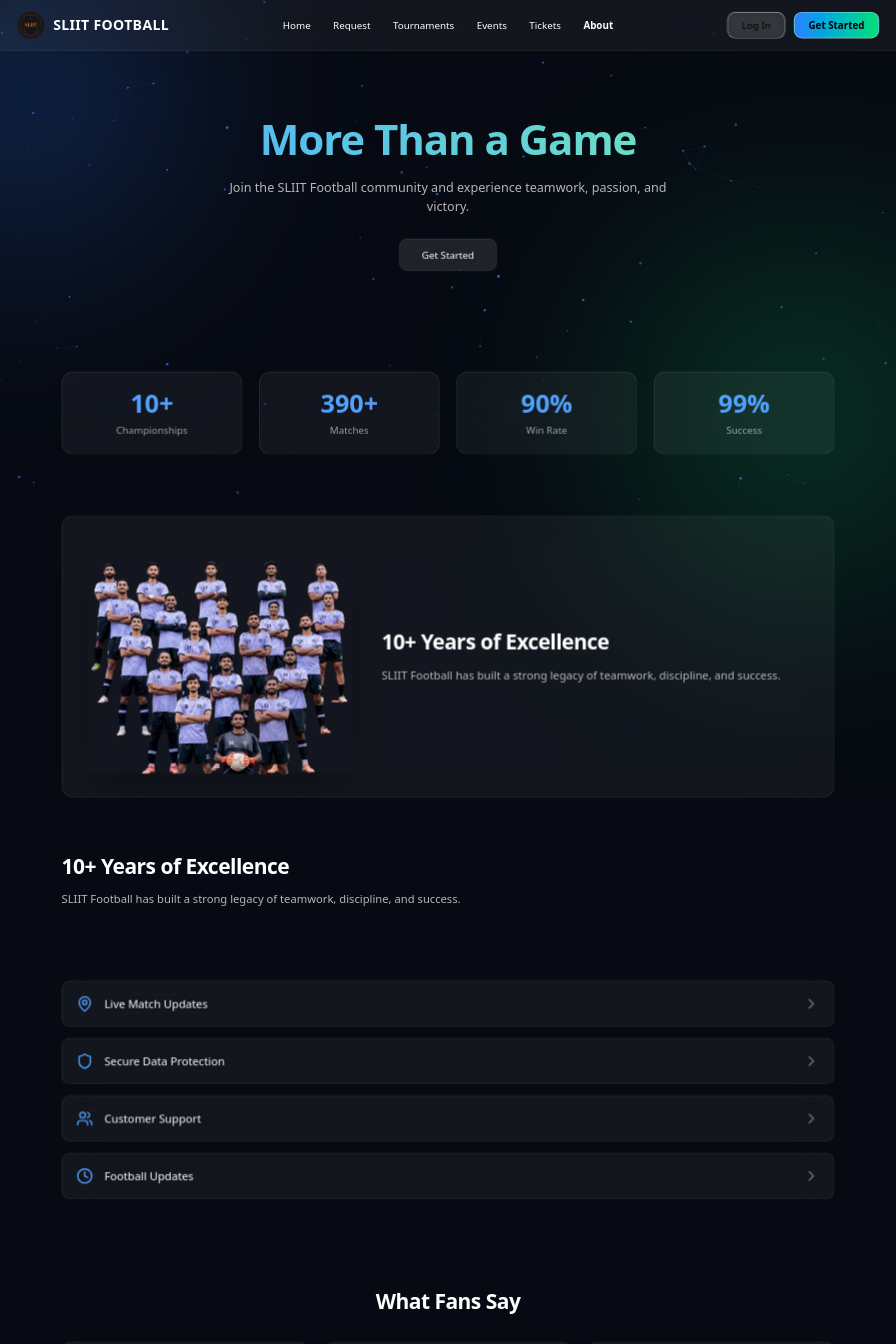
Repository: azeez6789/springboot-footbal-web
Page: /home (app in client/)
These files come from the project's save history. The page is drawn as it stood at one moment and after the next save; the edit follows.
The browser window is 1280 px wide. The pictures show the part of the page from y = 0 to 1920 px (the page is 2943 px tall before and 3279 px after), at 70% of full size.
The project was rebuilt for these pictures with package versions that can differ from the ones it lists, and the page was loaded fresh each time. Also part of the build but not shown: client/vite.config.js, client/src/common/services/userService.js, client/src/common/component/login.jsx, client/src/common/component/register.jsx, client/src/common/component/About.jsx, client/src/common/pages/event.jsx, client/src/common/pages/ticket.jsx, client/src/common/pages/playerForm.jsx and 19 more.

Above is the page before, as saved 2026-09-30 13:31:26.

### client/index.html
<!doctype html>
<html lang="en">
  <head>
    <meta charset="UTF-8" />
    <link rel="icon" type="image/svg+xml" href="/favicon.svg" />
    <meta name="viewport" content="width=device-width, initial-scale=1.0" />
    <title>SLIIT FOOTBALL  </title>
  </head>
  <body>
    <div id="root"></div>
    <script type="module" src="/src/main.jsx"></script>
  </body>
</html>

### client/src/main.jsx
import { StrictMode } from 'react'
import { createRoot } from 'react-dom/client'
import './index.css'
import App from './App.jsx'

createRoot(document.getElementById('root')).render(
  <StrictMode>
    <App />
  </StrictMode>
)

### client/src/App.jsx
import { BrowserRouter as Router, Routes, Route } from "react-router-dom";
import allRoutes from "./routes";
import { ToastContainer } from "react-toastify";
import "react-toastify/dist/ReactToastify.css";
import CRoutes from "./routes/commonroutes.jsx";


function App() {
  return (

    <Router>
      <Routes>
        {allRoutes.map((route, index) => (
          <Route key={index} path={route.path} element={route.element} />
        ))}
      </Routes>

      <ToastContainer
        position="top-right"
        autoClose={3000}
        hideProgressBar={false}
        newestOnTop={false}
        closeOnClick
        rtl={false}
        pauseOnFocusLoss
        draggable
        pauseOnHover
        theme="dark"
      />

    </Router>
  );
}

export default App;

### client/src/routes/index.jsx
import CRoutes from './commonroutes'
import fun01Routes from './function_01'

const allRoutes = [
    ...CRoutes,
    ...fun01Routes
]


export default allRoutes;

### client/src/routes/commonroutes.jsx
import Homepage from "../common/pages/home";
import Login  from "../common/component/login";
import Register from "../common/component/register";
import About from "../common/component/About";
import EventPage from "../common/pages/event";
import TicketPage from "../common/pages/ticket";
import PlayerForm from "../common/pages/playerForm";

const commonroutes = [
    {path: "/home", element: <Homepage /> },
    {path: "/component/login" ,  element: <Login/>  },
    {path: "/component/register" ,  element: <Register/>  },
    {path: "/component/about" ,  element: <About/>  },
    {path: "/pages/event" ,  element: <EventPage/>  },
    {path: "/pages/ticket" ,  element: <TicketPage/>  },
    {path: "/pages/playerform" , element: <PlayerForm/>  },

];


export default commonroutes;

### client/src/routes/function_01.jsx
import Regrequest from "../function-01/pages/AdminDashboard/registerrequest";
import AdminDah from "../function-01/pages/AdminDashboard/AdminDashboard";
import PlayerRequest from "../function-01/pages/AdminDashboard/PlayerRequests";
import Tform from "../function-01/component/AdminDashboard/tournamentform";
import TournamentPage from "../function-01/pages/AdminDashboard/tournament";
import Udash from "../function-01/pages/userDashboard/udash"
import Applyform from "../function-01/component/userDashboard/tApplyform";
import UserDash from "../function-01/pages/userDashboard/UserDashboard";
import Medical from "../function-01/pages/userDashboard/medical";
import Tab3 from "../function-01/pages/userDashboard/tab3";
import Tab4  from "../function-01/pages/userDashboard/tab4";
import Tab5 from "../function-01/pages/userDashboard/tab5";
import Faid from "../function-01/pages/AdminDashboard/firstaid";


const function_01 = [

    {path: "/pages/Regrequest" ,  element: <Regrequest/>  },
    {path: "/" ,  element: <AdminDah/>  },
    {path : "/pages/playerRequest" , element : <PlayerRequest/>},
    {path : "/component/tounform" , element : <Tform/>},
    {path: "/pages/tournament" ,  element: <TournamentPage/>  },
    {path: "/pages/udash" ,  element: <Udash/>  },
    {path : "/pages/applyform"  , element : <Applyform/>},
    {path : "/pages/userDash"  , element : <UserDash/>},
    {path : "/pages/medical"  , element : <Medical/>},
    {path : "/pages/tab3"  , element : <Tab3/>},
    {path : "/pages/tab4"  , element : <Tab4/>},
    {path : "/pages/tab5"  , element : <Tab5/>},
    {path : "/pages/firstaid" , element : <Faid/>},



];


export default function_01;

### client/src/common/pages/home.jsx
import { useState, useEffect, useRef } from 'react';
import { Car, MapPin, Clock, Shield, Users, ChevronRight, ChevronDown, Star, Menu, X } from 'lucide-react';
import Logo from '../assets/opt3.png';
import { useNavigate } from 'react-router-dom';

// Interactive Particle Constellation Canvas Component
const StarryBackground = () => {
  const canvasRef = useRef(null);

  useEffect(() => {
    const canvas = canvasRef.current;
    if (!canvas) return;
    const ctx = canvas.getContext("2d");

    let animationFrameId;
    let width = (canvas.width = window.innerWidth);
    let height = (canvas.height = window.innerHeight);

    const handleResize = () => {
      width = canvas.width = window.innerWidth;
      height = canvas.height = window.innerHeight;
    };

    window.addEventListener("resize", handleResize);

    // Dynamic particle density based on screen dimensions
    const particleCount = Math.floor((width * height) / 10000);
    const particles = [];

    for (let i = 0; i < particleCount; i++) {
      particles.push({
        x: Math.random() * width,
        y: Math.random() * height,
        vx: (Math.random() - 0.5) * 0.6,
        vy: (Math.random() - 0.5) * 0.6,
        radius: Math.random() * 1.5 + 0.5,
        alpha: Math.random() * 0.5 + 0.3,
      });
    }

    // Canvas animation loop
    const render = () => {
      ctx.clearRect(0, 0, width, height);

      for (let i = 0; i < particles.length; i++) {
        const p = particles[i];

        // Particle position update
        p.x += p.vx;
        p.y += p.vy;

        // Screen collision/bounce
        if (p.x < 0 || p.x > width) p.vx *= -1;
        if (p.y < 0 || p.y > height) p.vy *= -1;

        // Draw individual star point
        ctx.beginPath();
        ctx.arc(p.x, p.y, p.radius, 0, Math.PI * 2);
        ctx.fillStyle = `rgba(59, 130, 246, ${p.alpha})`; // Cyan/Blue dynamic tint
        ctx.fill();

        // Connect nearby points with glowing lines
        for (let j = i + 1; j < particles.length; j++) {
          const p2 = particles[j];
          const dx = p.x - p2.x;
          const dy = p.y - p2.y;
          const dist = Math.sqrt(dx * dx + dy * dy);
          const maxDist = 110;

          if (dist < maxDist) {
            ctx.beginPath();
            ctx.moveTo(p.x, p.y);
            ctx.lineTo(p2.x, p2.y);
            const lineAlpha = (1 - dist / maxDist) * 0.25;
            ctx.strokeStyle = `rgba(59, 130, 246, ${lineAlpha})`;
            ctx.lineWidth = 0.6;
            ctx.stroke();
          }
        }
      }

      animationFrameId = requestAnimationFrame(render);
    };

    render();

    return () => {
      window.removeEventListener("resize", handleResize);
      cancelAnimationFrame(animationFrameId);
    };
  }, []);

  return (
    <canvas
      ref={canvasRef}
      className="fixed inset-0 pointer-events-none z-0"
    />
  );
};

export default function ParkingLandingPage() {
  const [openFaq, setOpenFaq] = useState(null);
  const [mobileMenuOpen, setMobileMenuOpen] = useState(false);
  const navigate = useNavigate();

  const toggleFaq = (index) => {
    setOpenFaq(openFaq === index ? null : index);
  };

  const faqs = [
    {
      question: "What is SLIIT Football?",
      answer: "SLIIT Football is the official football team and community of the Sri Lanka Institute of Information Technology (SLIIT), dedicated to promoting football excellence, teamwork, and sportsmanship among students."
    },
    {
      question: "How can I join the SLIIT Football Team?",
      answer: "Students can participate in team selections and trials announced by the club. Details regarding registration and trial dates will be published on the website."
    },
    {
      question: "Where can I find upcoming match schedules?",
      answer: "All upcoming fixtures, match dates, venues, and kickoff times are available in the Fixtures section of the website."
    },
    {
      question: "Can I see player profiles and statistics?",
      answer: "Yes. The Players section provides information about team members, including positions, achievements, and season statistics."
    },
    {
      question: "How can I view match results?",
      answer: "Match results and score updates are regularly posted in the Results section after each game."
    },
    {
      question: "Are training sessions conducted regularly?",
      answer: "Yes. Training sessions are conducted throughout the academic year according to the schedule announced by the coaching staff."
    },
    {
      question: "How can I provide feedback about the website or football activities?",
      answer: "You can submit your suggestions, comments, or concerns through the Feedback page available on the website."
    }
  ];

  return (
    <div className="min-h-screen bg-[#070A12] text-white overflow-hidden relative font-sans">

      {/* ===== CONNECTED STARS CANVAS BACKGROUND ===== */}
      <StarryBackground />

      {/* ===== BACKGROUND GLOW ===== */}
      <div className="fixed w-[500px] h-[500px] bg-blue-500/20 blur-[140px] rounded-full top-[-120px] left-[-220px] pointer-events-none z-0" />
      <div className="fixed w-[500px] h-[500px] bg-green-400/20 blur-[160px] rounded-full bottom-[-120px] right-[-120px] pointer-events-none z-0" />

      {/* ===== HEADER (GLASS) ===== */}
      <header className="sticky top-0 z-50 bg-white/5 backdrop-blur-xl border-b border-white/10">
        <div className="max-w-7xl mx-auto px-6">
          <div className="flex justify-between items-center py-4">

            <div className="flex items-center gap-3">
              <img src={Logo} className="w-10 h-10 object-contain" alt="SLIIT Football Logo" />
              <span className="font-bold text-xl tracking-wide">SLIIT FOOTBALL</span>
            </div>

            <nav className="hidden md:flex gap-8 text-white/400 text-sm font-medium">
              <a onClick={() => navigate('/')} className="hover:text-white cursor-pointer transition-colors">Home</a>
              <a onClick={() => navigate('/pages/udash')} className="hover:text-white cursor-pointer transition-colors">Request</a>
              <a onClick={() => navigate('/pages/tournament')} className="hover:text-white cursor-pointer transition-colors">Tournaments</a>
              <a onClick={() => navigate('/pages/event')} className="hover:text-white cursor-pointer transition-colors">Events</a>
              <a onClick={() => navigate('/pages/ticket')} className="hover:text-white cursor-pointer transition-colors">Tickets</a>
              <a onClick={() => navigate('/component/about')} className="hover :text-white-400 font-semibold cursor-pointer">About</a>
            </nav>

            <div className="flex gap-3 text-sm font-medium">
              <button
                onClick={() => navigate('/component/login')}
                className="px-5 py-2 rounded-xl bg-white/10 border border-white/50 backdrop-blur hover:bg-white/20 text-black transition-all"
              >
                Log In
              </button>

              <button
                onClick={() => navigate('/component/register')}
                className="px-5 py-2 rounded-xl bg-gradient-to-r  border border-white/50 from-blue-500 to-green-400 text-black font-semibold hover:opacity-90 transition-all"
              >
                Get Started
              </button>
            </div>

          </div>
        </div>
      </header>

      {/* ===== HERO ===== */}
      <section className="text-center py-24 px-6 relative z-10">
        <h1 className="text-5xl md:text-6xl font-bold bg-gradient-to-r from-blue-400 to-green-300 text-transparent bg-clip-text tracking-tight">
          More Than a Game
        </h1>
        <p className="text-white/70 mt-6 max-w-2xl mx-auto text-base md:text-lg">
          Join the SLIIT Football community and experience teamwork, passion, and victory.
        </p>

        <button
          onClick={() => navigate('/component/register')}
          className="mt-8 px-8 py-3 bg-white/10 border border-white/10 rounded-xl backdrop-blur hover:bg-white/20 transition-all font-medium text-sm"
        >
          Get Started
        </button>
      </section>

      {/* ===== GLASS STATS ===== */}
      <section className="max-w-6xl mx-auto px-6 py-12 grid grid-cols-2 md:grid-cols-4 gap-6 relative z-10">
        {[
          ["10+", "Championships"],
          ["390+", "Matches"],
          ["90%", "Win Rate"],
          ["99%", "Success"],
        ].map(([num, label], i) => (
          <div key={i} className="bg-white/5 backdrop-blur-xl border border-white/10 rounded-2xl p-6 text-center hover:bg-white/[0.08] transition-colors">
            <h3 className="text-3xl md:text-4xl text-blue-400 font-bold">{num}</h3>
            <p className="text-white/60 mt-2 text-sm">{label}</p>
          </div>
        ))}
      </section>

      {/* ===== HERO IMAGE SECTION ===== */}
      <section className="max-w-6xl mx-auto px-6 py-10 relative z-10">
        <div className="bg-white/5 border border-white/10 backdrop-blur-xl rounded-2xl p-8 flex flex-col md:flex-row items-center gap-10">
          <img src="/chat1.png" alt="SLIIT Football Legacy" className="w-full md:w-96 rounded-xl object-cover shadow-2xl" />

          <div>
            <h2 className="text-3xl font-bold mb-4 tracking-tight">10+ Years of Excellence</h2>
            <p className="text-white/70 leading-relaxed">
              SLIIT Football has built a strong legacy of teamwork, discipline, and success.
            </p>
          </div>
        </div>
      </section>

      <section className="max-w-6xl mx-auto px-6 py-10 relative z-10">
         <h2 className="text-3xl font-bold mb-4 tracking-tight">10+ Years of Excellence</h2>
         <p className="text-white/70 leading-relaxed">
              SLIIT Football has built a strong legacy of teamwork, discipline, and success.
            </p>
      </section>

      {/* ===== SERVICES (GLASS STYLE) ===== */}
      <section className="max-w-6xl mx-auto px-6 py-16 space-y-4 relative z-10">
        {[
          ["Live Match Updates", MapPin],
          ["Secure Data Protection", Shield],
          ["Customer Support", Users],
          ["Football Updates", Clock],
        ].map(([title, Icon], i) => (
          <div key={i} className="flex justify-between items-center p-5 bg-white/5 border border-white/10 backdrop-blur-xl rounded-xl hover:bg-white/10 transition cursor-pointer group">
            <div className="flex items-center gap-4">
              <Icon className="text-blue-400 group-hover:scale-110 transition-transform" />
              <span className="font-medium text-sm md:text-base">{title}</span>
            </div>
            <ChevronRight className="text-white/40 group-hover:text-white group-hover:translate-x-1 transition-all" />
          </div>
        ))}
      </section>

      {/* ===== TESTIMONIALS ===== */}
      <section className="max-w-6xl mx-auto px-6 py-16 relative z-10">
        <h2 className="text-3xl font-bold text-center mb-10 tracking-tight">What Fans Say</h2>

        <div className="grid grid-cols-1 md:grid-cols-3 gap-6">
          {[1, 2, 3].map((i) => (
            <div key={i} className="bg-white/5 border border-white/10 backdrop-blur-xl rounded-xl p-6 hover:bg-white/[0.08] transition-colors">
              <div className="flex items-center gap-1 text-yellow-400 mb-3">
                {[...Array(5)].map((_, starIndex) => (
                  <Star key={starIndex} className="w-4 h-4 fill-yellow-400" />
                ))}
              </div>
              <p className="text-white/70 text-sm leading-relaxed">
                “SLIIT Football is more than a team — it's a family.”
              </p>
            </div>
          ))}
        </div>
      </section>

      {/* ===== FAQ ===== */}
      <section className="max-w-4xl mx-auto px-6 py-16 relative z-10">
        <h2 className="text-3xl font-bold text-center mb-10 tracking-tight">FAQ</h2>

        <div className="space-y-3">
          {faqs.map((faq, index) => (
            <div key={index} className="bg-white/5 border border-white/10 rounded-xl overflow-hidden backdrop-blur-xl transition-all">
              <button
                onClick={() => toggleFaq(index)}
                className="w-full flex justify-between items-center p-5 text-left font-medium text-sm md:text-base"
              >
                <span>{faq.question}</span>
                <ChevronDown className={`w-5 h-5 text-white/50 transition-transform duration-300 ${openFaq === index ? "rotate-180 text-blue-400" : ""}`} />
              </button>

              {openFaq === index && (
                <div className="px-5 pb-5 pt-1 text-white/70 text-sm border-t border-white/5 leading-relaxed">
                  {faq.answer}
                </div>
              )}
            </div>
          ))}
        </div>
      </section>

      {/* ===== FOOTER ===== */}
      <footer className="text-center py-10 border-t border-white/10 bg-white/5 backdrop-blur-xl relative z-10">
        <p className="text-white/60 text-sm">© 2026 SLIIT Football. All rights reserved.</p>
      </footer>

    </div>
  );
}

Loaded but not shown: client/src/index.css (common file)

After the next save:
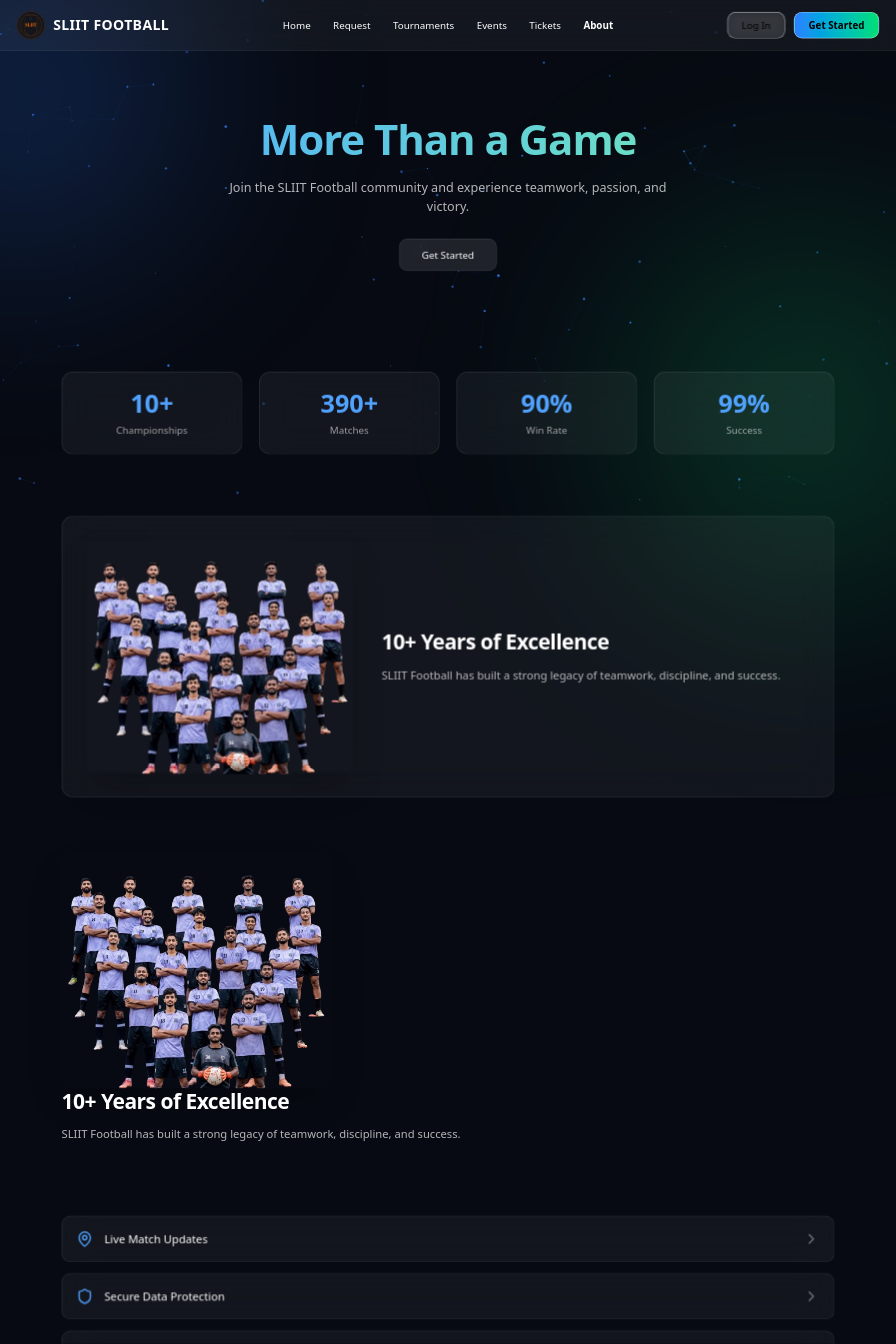
Saved 29 s later.
--- a/client/src/common/pages/home.jsx
+++ b/client/src/common/pages/home.jsx
@@ -234,6 +234,8 @@
       </section>
 
       <section className="max-w-6xl mx-auto px-6 py-10 relative z-10">
+                  <img src="/chat1.png" alt="SLIIT Football Legacy" className="w-full md:w-96 rounded-xl object-cover shadow-2xl" />
+
          <h2 className="text-3xl font-bold mb-4 tracking-tight">10+ Years of Excellence</h2>
          <p className="text-white/70 leading-relaxed">
               SLIIT Football has built a strong legacy of teamwork, discipline, and success.
